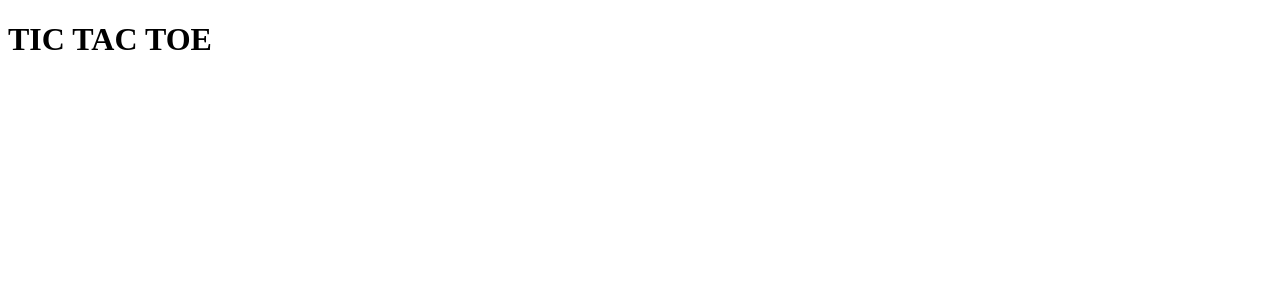
Repository: Yash19075/TicTacToe-game
Page: TicTacToe.html
An editor plug-in stored every save of this project. The page is shown before and after the next save, followed by the edit.
The browser window is 1280 px wide. The pictures show the whole page.

Above is the page before, as saved 2025-03-08 21:49:29.

After the next save:
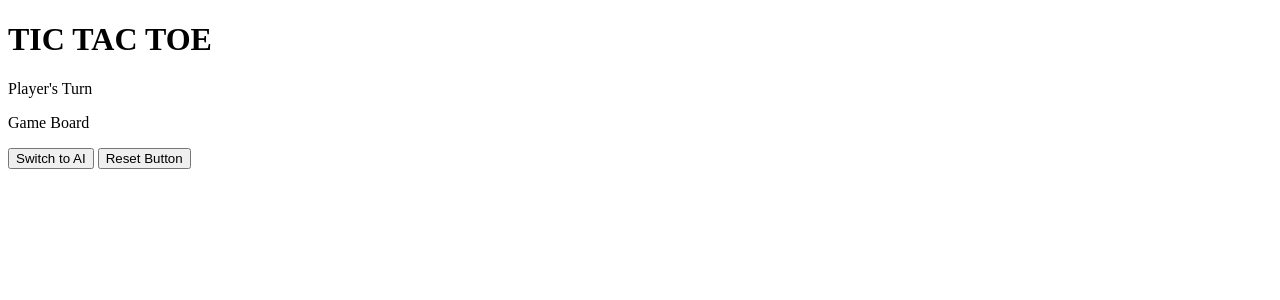
Saved 2 min 19 s later.
--- a/TicTacToe.html
+++ b/TicTacToe.html
@@ -8,6 +8,22 @@
 <body>
     <h1>TIC TAC TOE</h1>
 
+    <p>Player's Turn</p>
 
+    <p>Game Board</p>
+    <div>
+        <div></div>
+        <div></div>
+        <div></div>
+        <div></div>
+        <div></div>
+        <div></div>
+        <div></div>
+        <div></div>
+        <div></div>
+    </div>
+
+    <button>Switch to AI</button>
+    <button>Reset Button</button>
 </body>
 </html>
